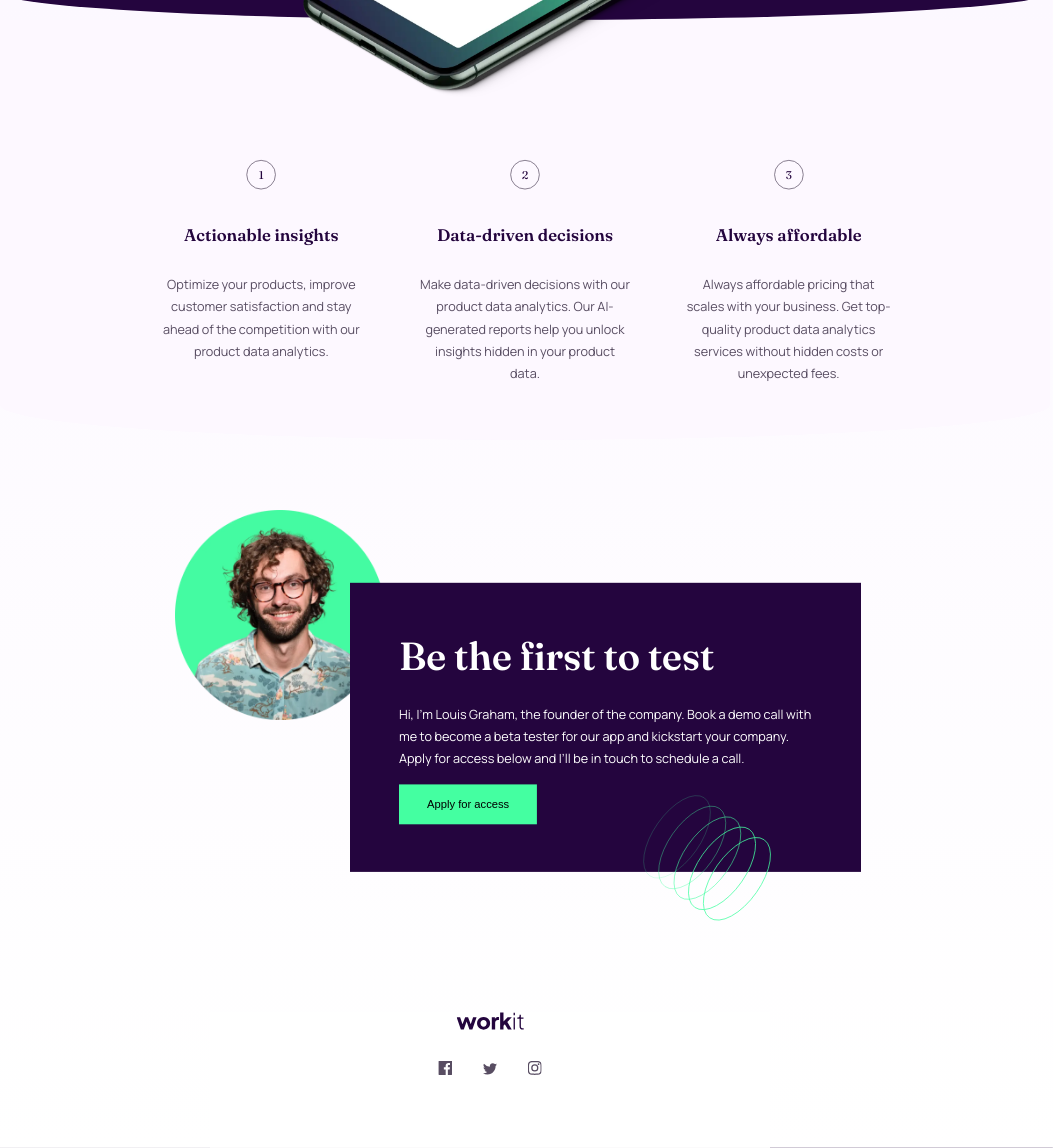
Repository: Arkitecth/landing_page
Page: starter-code/index.html
The author's editor kept a copy of each file at every save. The page is drawn from the files as they stood at one save, then again after the next save.
The browser window is 1280 px wide. The page is 1504 px wide, so the pictures cover 1504 px, including what lies to the right of the window. The pictures show the part of the page from y = 701 to 2341 px (the page is 2341 px tall), at 70% of full size.

Above is the page before, as saved 2023-05-19 20:19:46.

After the next save:
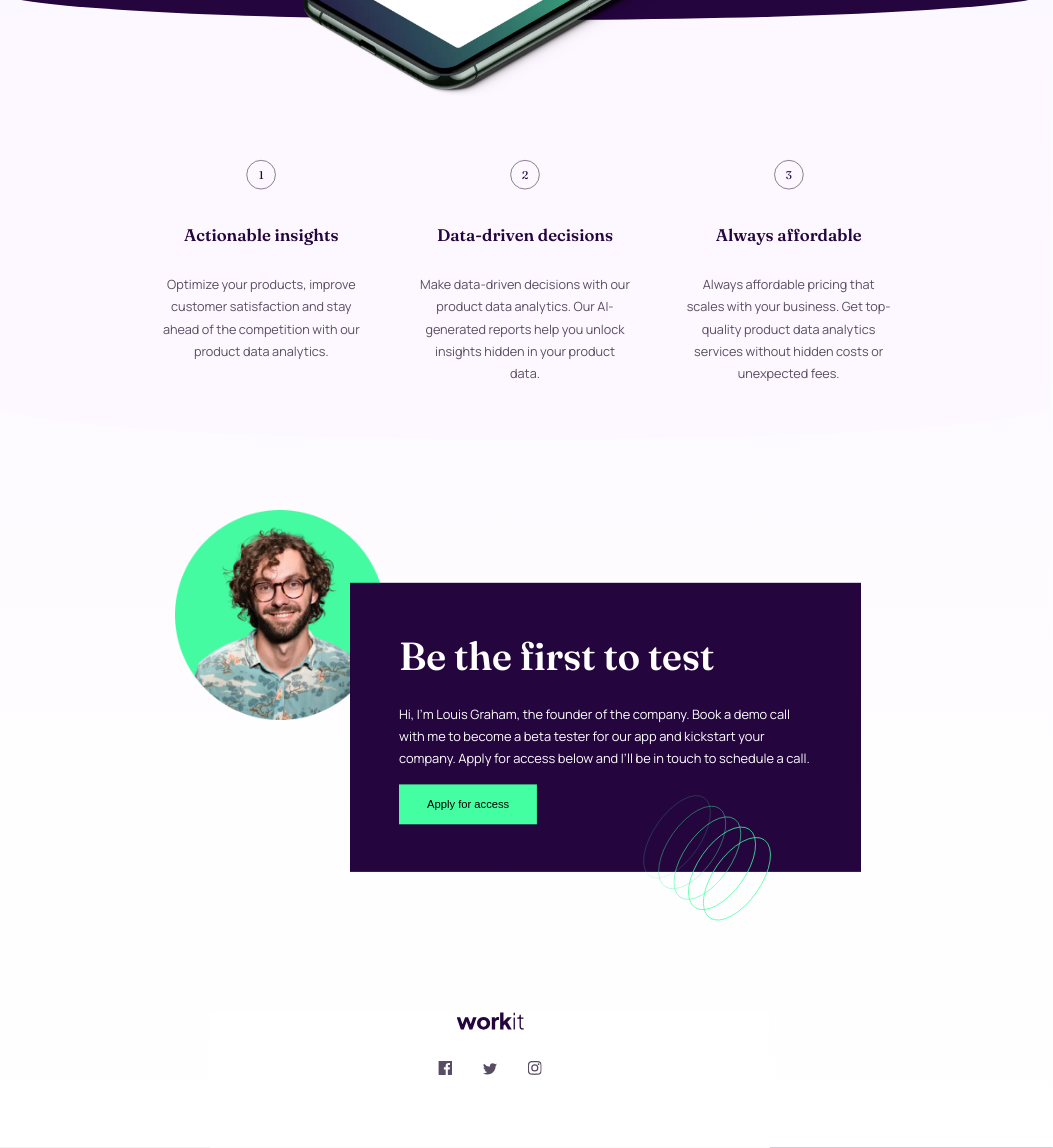
Saved 32 s later.
--- a/starter-code/styles.css
+++ b/starter-code/styles.css
@@ -200,7 +200,7 @@
 .about-container p {
     font-family: "Manrope";
     font-weight: 400;
-    font-size: 1.13em;
+    font-size: 1.15em;
     line-height: 32px;
     margin-bottom: 30px;
 }
